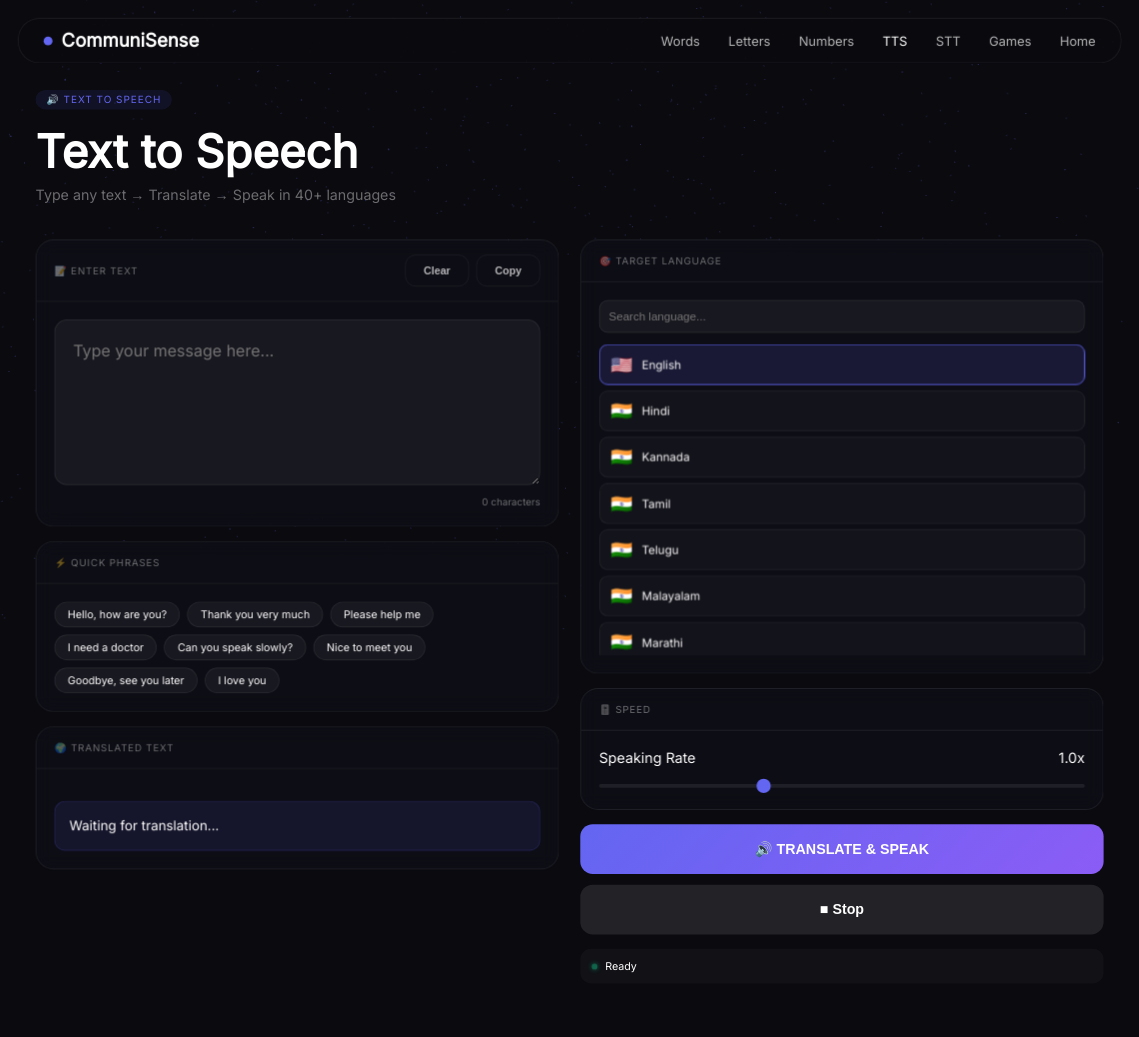
Repository: AI-Devsara01/-Real-Time-Multimodal-Communication-Platform-for-Speech-and-Hearing-Impaired-Individuals
Page: http://localhost/tts
The author's editor kept a copy of each file at every save. The page is drawn from the files as they stood at one save, then again after the next save.
The browser window is 1280 px wide. The pictures show the whole page, at 89% of full size.
The page is served by the project's application, run on Flask 3 (app.py).

Above is the page before, as saved 2026-04-20 23:47:42.

After the next save:
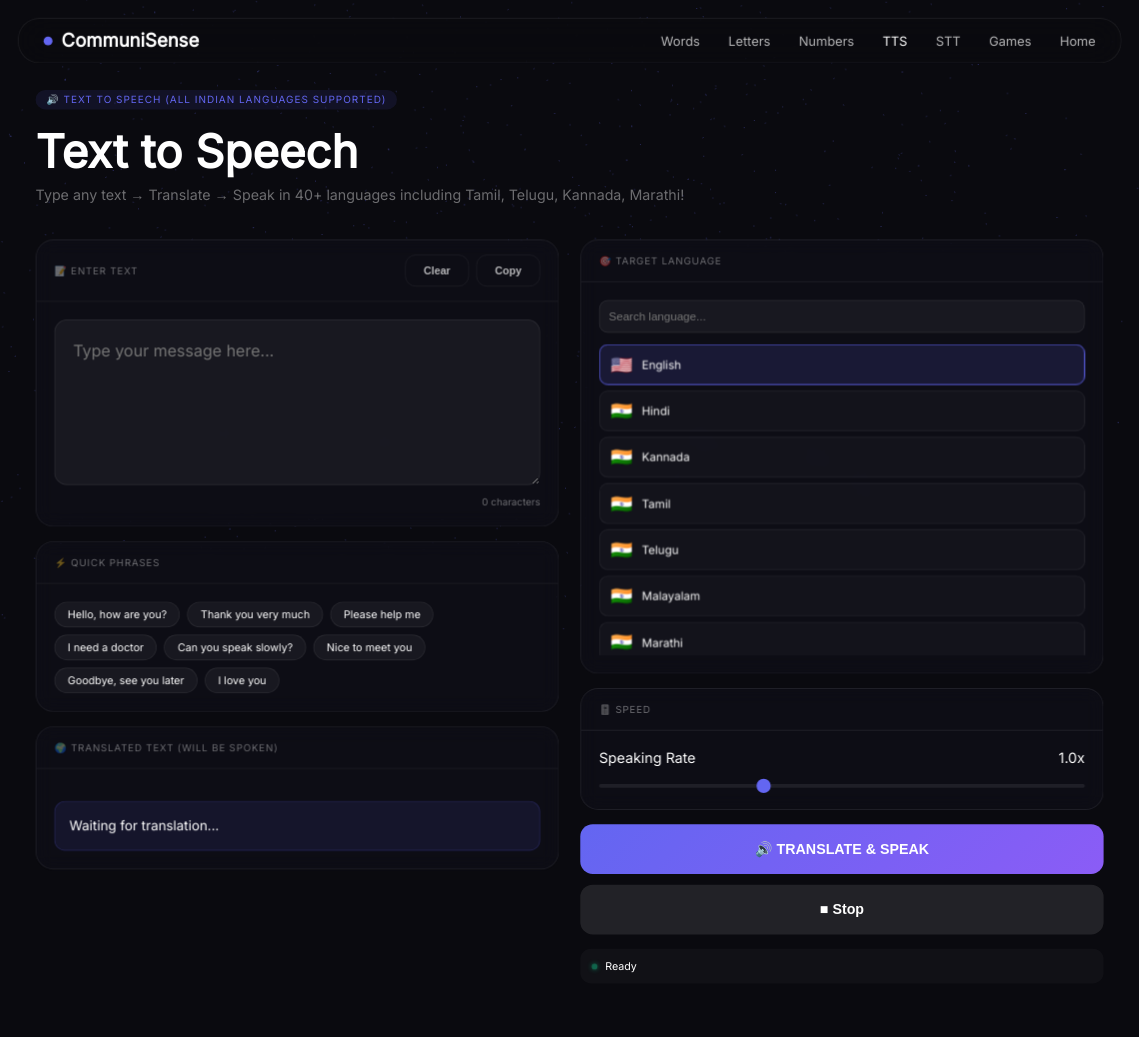
Saved 9 h 8 min later.
--- a/templates/tts.html
+++ b/templates/tts.html
@@ -69,9 +69,9 @@
 </nav>
 <div class="main-layout">
     <div style="margin-bottom:40px">
-        <span class="section-label">🔊 Text to Speech</span>
+        <span class="section-label">🔊 Text to Speech (All Indian Languages Supported)</span>
         <h1 style="font-size: clamp(32px,4vw,52px); font-weight:800;">Text to Speech</h1>
-        <p style="color:var(--text-muted); margin-top:8px;">Type any text → Translate → Speak in 40+ languages</p>
+        <p style="color:var(--text-muted); margin-top:8px;">Type any text → Translate → Speak in 40+ languages including Tamil, Telugu, Kannada, Marathi!</p>
     </div>
     <div class="tts-grid">
         <div>
@@ -80,7 +80,7 @@
                 <div class="panel-body"><textarea id="ttsInput" class="big-textarea" rows="5" placeholder="Type your message here..."></textarea><div class="char-count"><span id="charCount">0</span> characters</div></div>
             </div>
             <div class="panel" style="margin-top:16px"><div class="panel-header"><span class="panel-title">⚡ Quick Phrases</span></div><div class="panel-body"><div class="phrase-bank" id="phraseBank"></div></div></div>
-            <div class="panel" style="margin-top:16px"><div class="panel-header"><span class="panel-title">🌍 Translated Text</span></div><div class="panel-body"><div class="translation-result"><div class="translated-text" id="translatedText">Waiting for translation...</div></div></div></div>
+            <div class="panel" style="margin-top:16px"><div class="panel-header"><span class="panel-title">🌍 Translated Text (Will be spoken)</span></div><div class="panel-body"><div class="translation-result"><div class="translated-text" id="translatedText">Waiting for translation...</div></div></div></div>
         </div>
         <div>
             <div class="panel"><div class="panel-header"><span class="panel-title">🎯 Target Language</span></div><div class="panel-body"><input type="text" id="langSearch" class="search-input" placeholder="Search language..."><div class="lang-grid" id="langGrid"></div></div></div>
@@ -122,19 +122,44 @@
 </script>
 <script>
     const LANGUAGES = [
-        { name: "English", code: "en", flag: "🇺🇸" }, { name: "Hindi", code: "hi", flag: "🇮🇳" }, { name: "Kannada", code: "kn", flag: "🇮🇳" },
-        { name: "Tamil", code: "ta", flag: "🇮🇳" }, { name: "Telugu", code: "te", flag: "🇮🇳" }, { name: "Malayalam", code: "ml", flag: "🇮🇳" },
-        { name: "Marathi", code: "mr", flag: "🇮🇳" }, { name: "Gujarati", code: "gu", flag: "🇮🇳" }, { name: "Punjabi", code: "pa", flag: "🇮🇳" },
-        { name: "Bengali", code: "bn", flag: "🇮🇳" }, { name: "Urdu", code: "ur", flag: "🇵🇰" }, { name: "Spanish", code: "es", flag: "🇪🇸" },
-        { name: "French", code: "fr", flag: "🇫🇷" }, { name: "German", code: "de", flag: "🇩🇪" }, { name: "Italian", code: "it", flag: "🇮🇹" },
-        { name: "Portuguese", code: "pt", flag: "🇵🇹" }, { name: "Russian", code: "ru", flag: "🇷🇺" }, { name: "Japanese", code: "ja", flag: "🇯🇵" },
-        { name: "Korean", code: "ko", flag: "🇰🇷" }, { name: "Chinese", code: "zh", flag: "🇨🇳" }, { name: "Arabic", code: "ar", flag: "🇸🇦" },
-        { name: "Turkish", code: "tr", flag: "🇹🇷" }, { name: "Dutch", code: "nl", flag: "🇳🇱" }, { name: "Polish", code: "pl", flag: "🇵🇱" },
-        { name: "Swedish", code: "sv", flag: "🇸🇪" }, { name: "Norwegian", code: "no", flag: "🇳🇴" }, { name: "Danish", code: "da", flag: "🇩🇰" },
-        { name: "Finnish", code: "fi", flag: "🇫🇮" }, { name: "Greek", code: "el", flag: "🇬🇷" }, { name: "Czech", code: "cs", flag: "🇨🇿" },
-        { name: "Hungarian", code: "hu", flag: "🇭🇺" }, { name: "Romanian", code: "ro", flag: "🇷🇴" }, { name: "Ukrainian", code: "uk", flag: "🇺🇦" },
-        { name: "Hebrew", code: "he", flag: "🇮🇱" }, { name: "Thai", code: "th", flag: "🇹🇭" }, { name: "Vietnamese", code: "vi", flag: "🇻🇳" },
-        { name: "Indonesian", code: "id", flag: "🇮🇩" }, { name: "Malay", code: "ms", flag: "🇲🇾" }
+        { name: "English", code: "en", flag: "🇺🇸" },
+        { name: "Hindi", code: "hi", flag: "🇮🇳" },
+        { name: "Kannada", code: "kn", flag: "🇮🇳" },
+        { name: "Tamil", code: "ta", flag: "🇮🇳" },
+        { name: "Telugu", code: "te", flag: "🇮🇳" },
+        { name: "Malayalam", code: "ml", flag: "🇮🇳" },
+        { name: "Marathi", code: "mr", flag: "🇮🇳" },
+        { name: "Gujarati", code: "gu", flag: "🇮🇳" },
+        { name: "Punjabi", code: "pa", flag: "🇮🇳" },
+        { name: "Bengali", code: "bn", flag: "🇮🇳" },
+        { name: "Urdu", code: "ur", flag: "🇵🇰" },
+        { name: "Spanish", code: "es", flag: "🇪🇸" },
+        { name: "French", code: "fr", flag: "🇫🇷" },
+        { name: "German", code: "de", flag: "🇩🇪" },
+        { name: "Italian", code: "it", flag: "🇮🇹" },
+        { name: "Portuguese", code: "pt", flag: "🇵🇹" },
+        { name: "Russian", code: "ru", flag: "🇷🇺" },
+        { name: "Japanese", code: "ja", flag: "🇯🇵" },
+        { name: "Korean", code: "ko", flag: "🇰🇷" },
+        { name: "Chinese", code: "zh", flag: "🇨🇳" },
+        { name: "Arabic", code: "ar", flag: "🇸🇦" },
+        { name: "Turkish", code: "tr", flag: "🇹🇷" },
+        { name: "Dutch", code: "nl", flag: "🇳🇱" },
+        { name: "Polish", code: "pl", flag: "🇵🇱" },
+        { name: "Swedish", code: "sv", flag: "🇸🇪" },
+        { name: "Norwegian", code: "no", flag: "🇳🇴" },
+        { name: "Danish", code: "da", flag: "🇩🇰" },
+        { name: "Finnish", code: "fi", flag: "🇫🇮" },
+        { name: "Greek", code: "el", flag: "🇬🇷" },
+        { name: "Czech", code: "cs", flag: "🇨🇿" },
+        { name: "Hungarian", code: "hu", flag: "🇭🇺" },
+        { name: "Romanian", code: "ro", flag: "🇷🇴" },
+        { name: "Ukrainian", code: "uk", flag: "🇺🇦" },
+        { name: "Hebrew", code: "he", flag: "🇮🇱" },
+        { name: "Thai", code: "th", flag: "🇹🇭" },
+        { name: "Vietnamese", code: "vi", flag: "🇻🇳" },
+        { name: "Indonesian", code: "id", flag: "🇮🇩" },
+        { name: "Malay", code: "ms", flag: "🇲🇾" }
     ];
     let selectedLang = LANGUAGES[0];
     let currentAudio = null;
